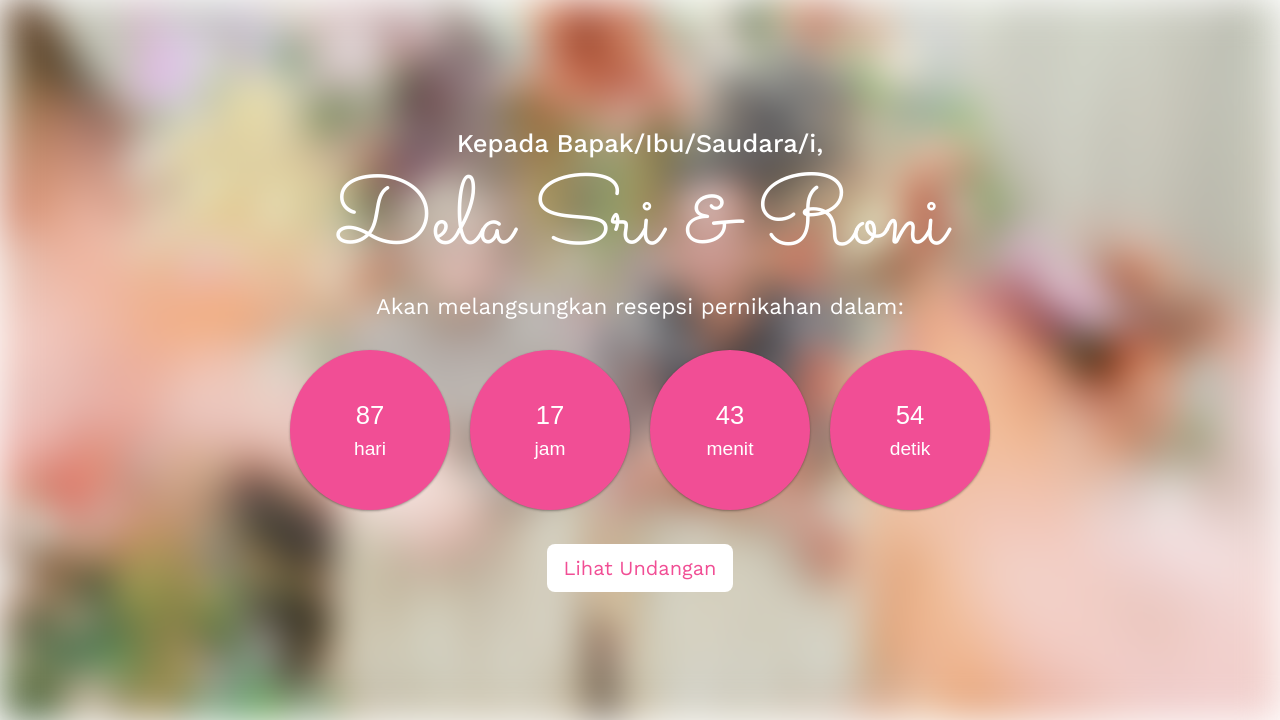
Repository: sellayspy/invitation
Page: index.html
An editor plug-in stored every save of this project. The page is shown before and after the next save, followed by the edit.
The browser window is 1280 px wide. The pictures show the whole page.

Above is the page before, as saved 2024-07-08 15:06:42.

After the next save:
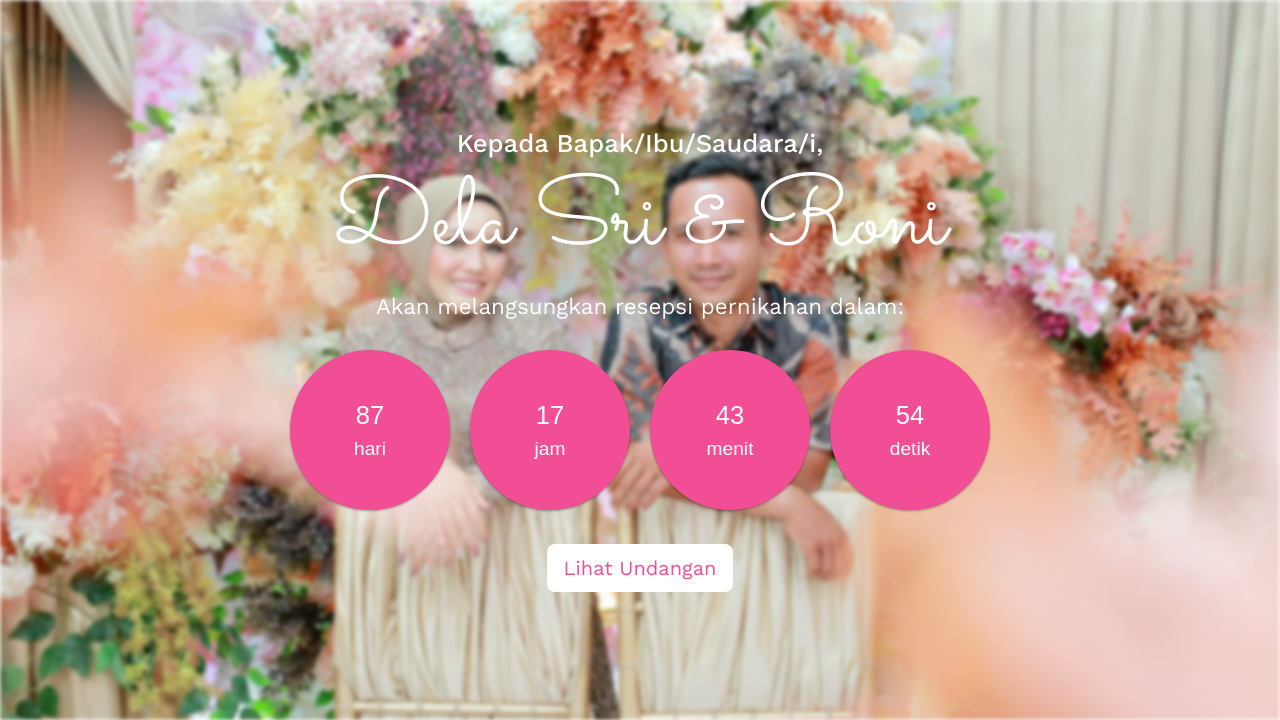
Saved 6 s later.
--- a/style.css
+++ b/style.css
@@ -22,7 +22,7 @@ body {
   background-size: cover;
   background-position: center;
   z-index: -1;
-  filter: blur(1.2rem);
+  filter: blur(2px);
 }
 
 .hero {
